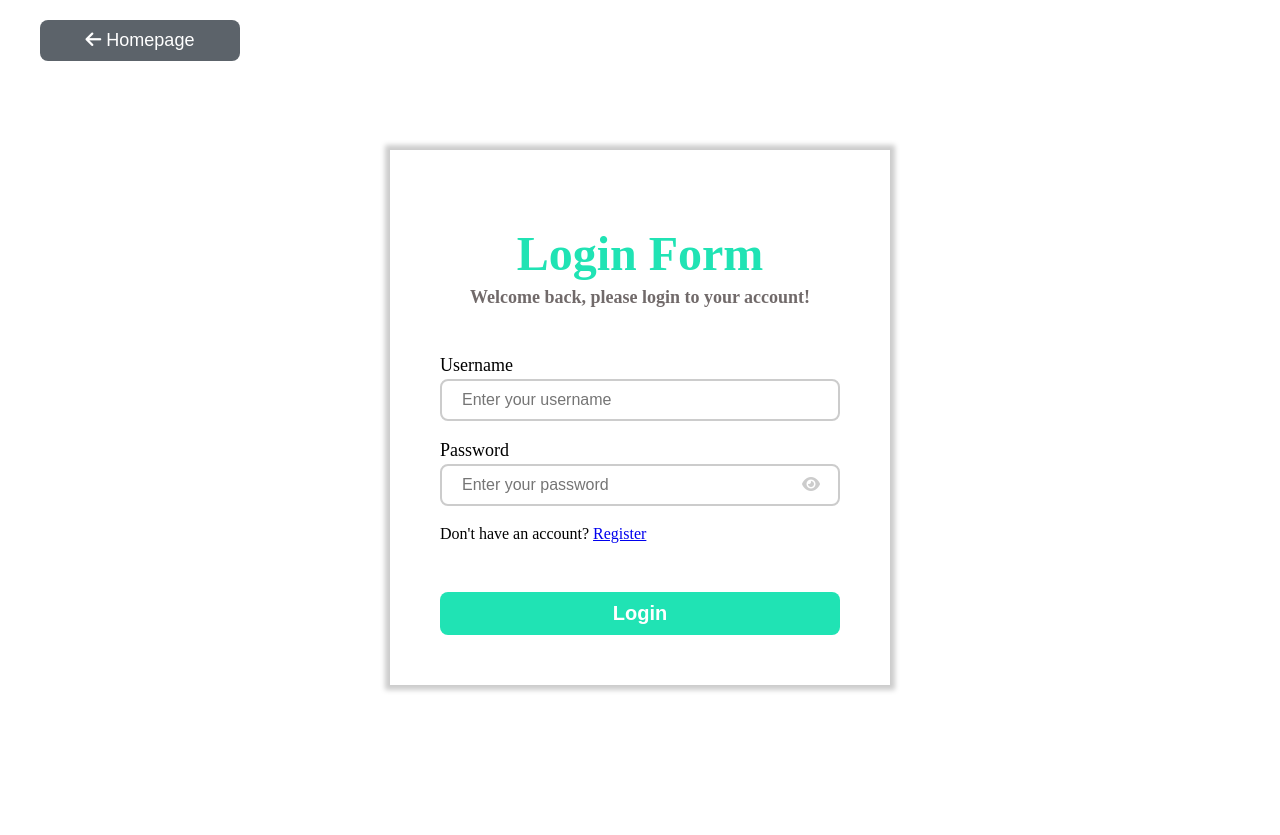
Repository: Trung0810/btl_cnpm_fe
Page: /
The author's editor kept a copy of each file at every save. The page is drawn from the files as they stood at one save, then again after the next save.
The browser window is 1280 px wide. The pictures show the whole page.
The project was rebuilt for these pictures with package versions that can differ from the ones it lists, and the page was loaded fresh each time. Also part of the build but not shown: src/components/header/header.css, src/components/header/Header.js, src/components/footer/Footer.css, src/components/footer/Footer.js, src/components/shoes_list/ShoesCard.css, src/components/shoes_list/ShoesCard.js, src/components/shoes_list/ShoesList.css, src/components/shoes_list/ShoesList.js and 14 more.

Above is the page before, as saved 2026-03-31 10:25:30.

After the next save:
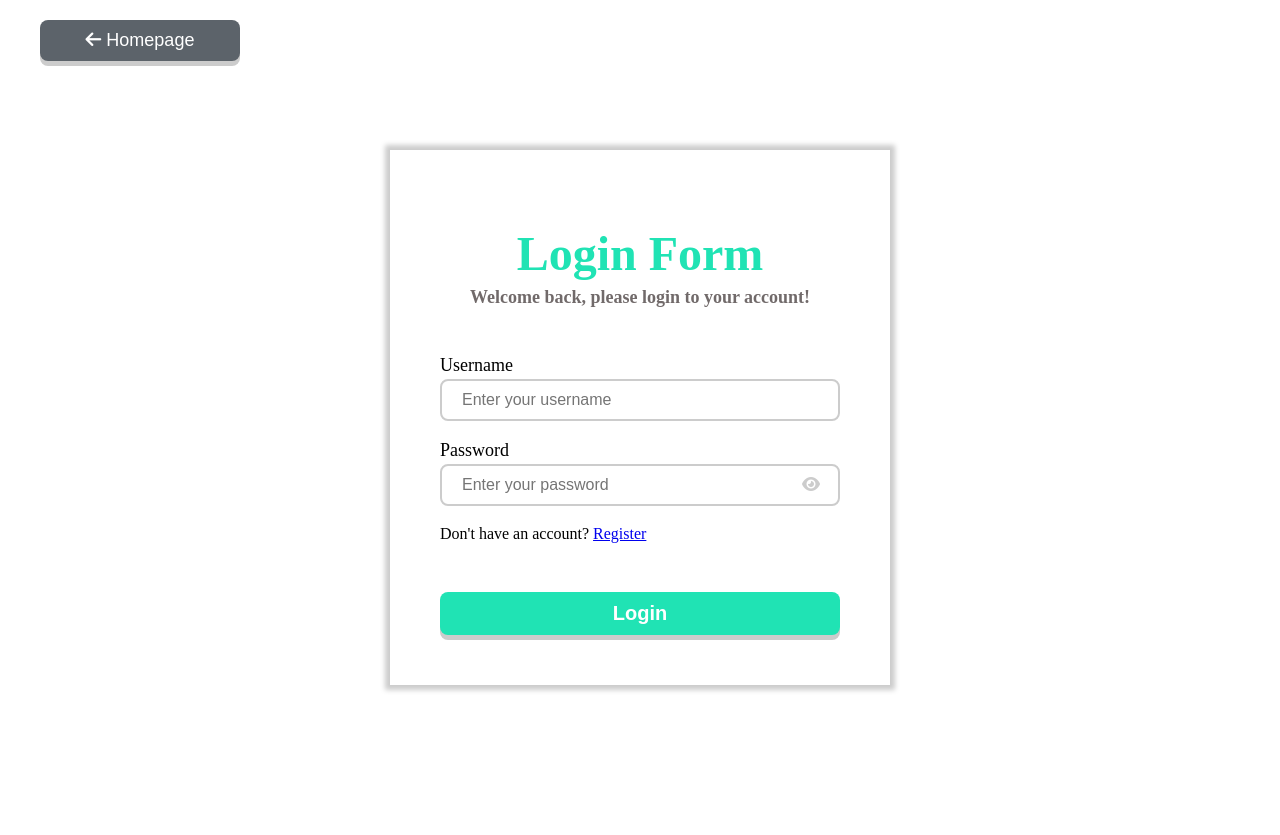
Saved 68 s later.
--- a/src/App.css
+++ b/src/App.css
@@ -20,4 +20,7 @@ button {
   border: none;
   outline: none;
   cursor: pointer;
+  box-shadow: 0 5px 0 0 #ccc;
 }
+button:active {
+}
